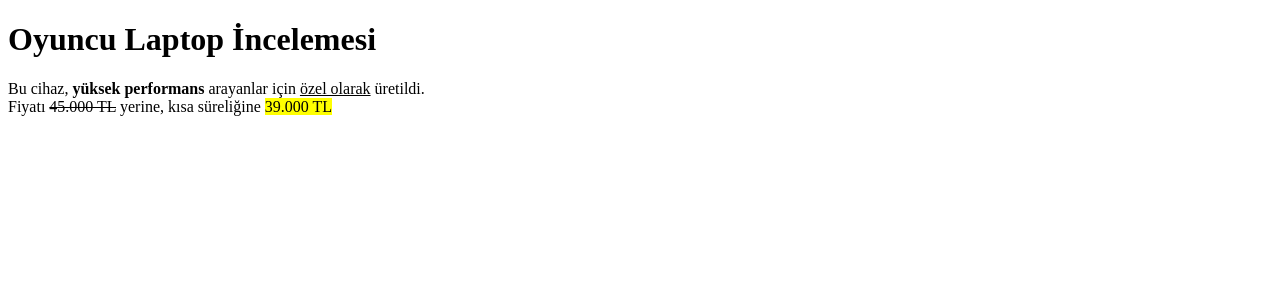
Repository: BeritanBlgn/web-yazilim-muhendisligi
Page: Modul_1/Ders_3/1.3.6_gorev2.html
The author's editor kept a copy of each file at every save. The page is drawn from the files as they stood at one save, then again after a run of saves.
The browser window is 1280 px wide. The pictures show the whole page.

Above is the page before, as saved 2026-10-09 22:32:47.

After the next 6 saves:
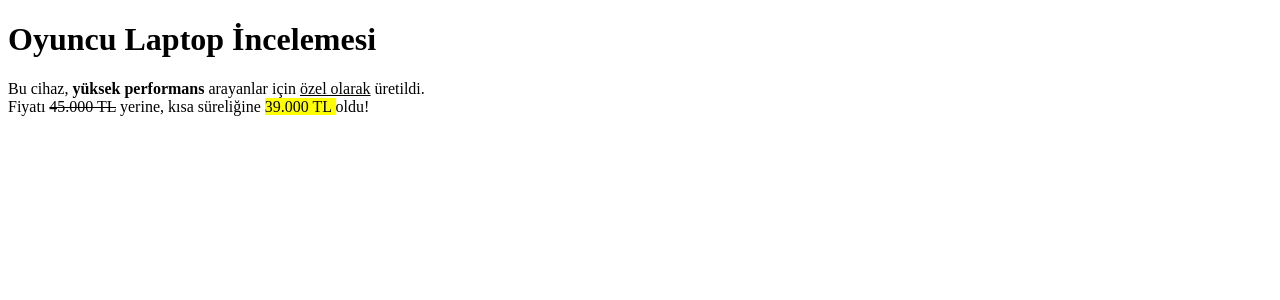
The 6 saves are shown as one change because they came seconds apart.
The last was saved 17 s later.
--- a/Modul_1/Ders_3/1.3.6_gorev2.html
+++ b/Modul_1/Ders_3/1.3.6_gorev2.html
@@ -13,8 +13,7 @@
         Bu cihaz, <strong>yüksek performans</strong> arayanlar için
         <u>özel olarak</u> üretildi. <br>
         Fiyatı <del>45.000 TL</del> yerine, kısa süreliğine <mark>
-            39.000 TL
-        </mark>
+            39.000 TL </mark>oldu! <em
     </p>
 </body>
 </html>
